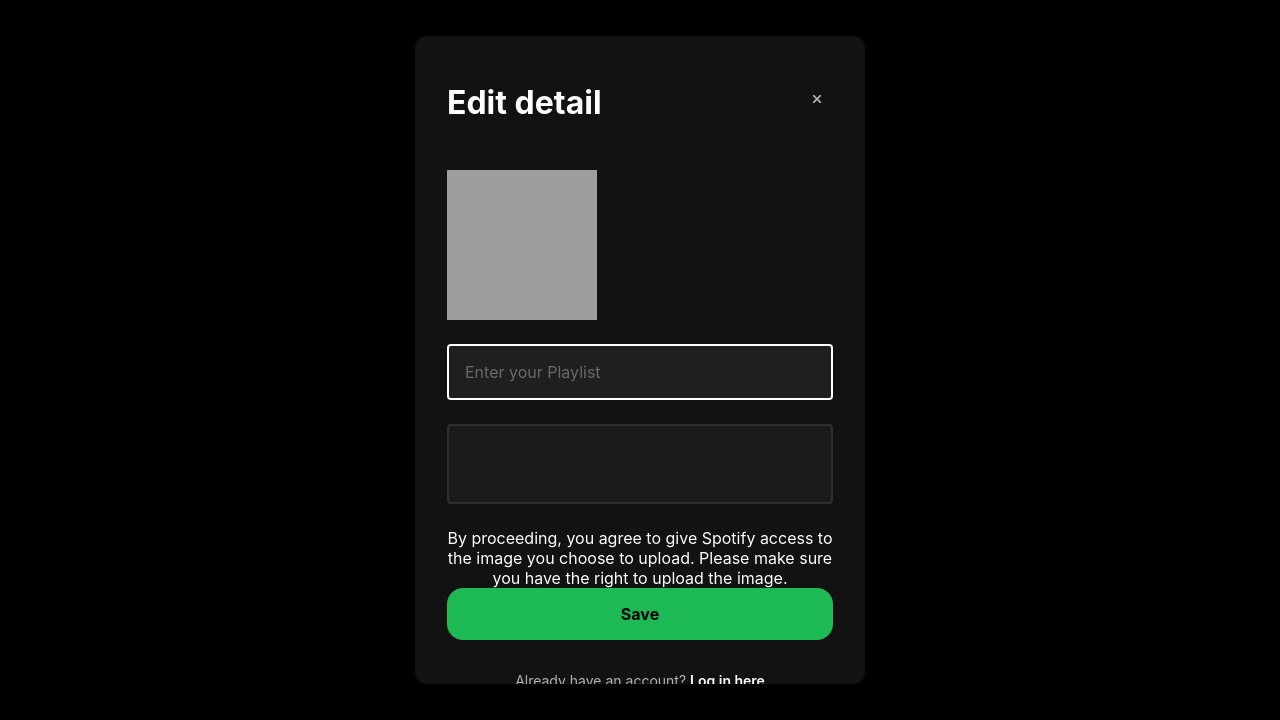
Repository: lannguyen1301/f8-zoom-module2
Page: nhap.html
The author's editor kept a copy of each file at every save. The page is drawn from the files as they stood at one save, then again after the next save.
The browser window is 1280 px wide. The pictures show the whole page.
Pictures or frames that could not be fetched are drawn as grey boxes. An inner scrolling area shows only its first screen.

Above is the page before, as saved 2025-08-15 23:19:04.

After the next save:
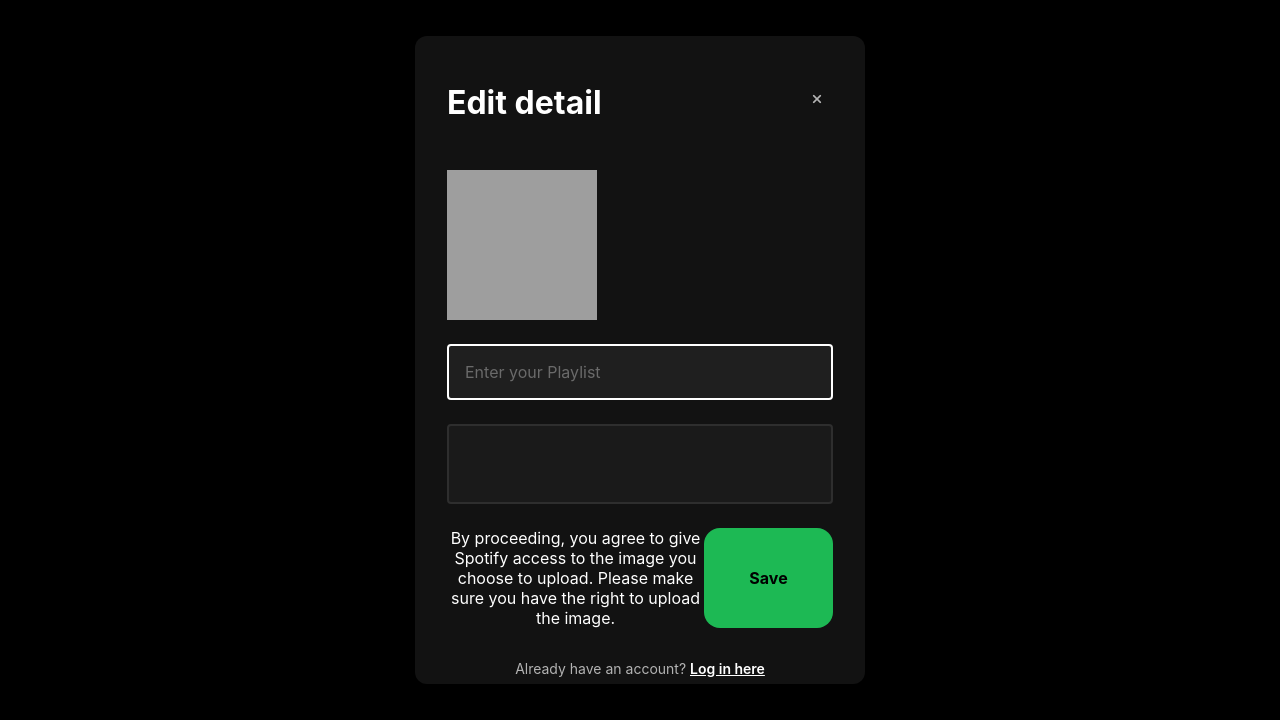
Saved 21 s later.
--- a/nhap.html
+++ b/nhap.html
@@ -66,6 +66,12 @@
 
         .editor::placeholder {
             color: var(--text-muted);
+        }
+
+
+        /* footer group */
+        .footer-group {
+            display: flex;
         }
     </style>
 </head>
